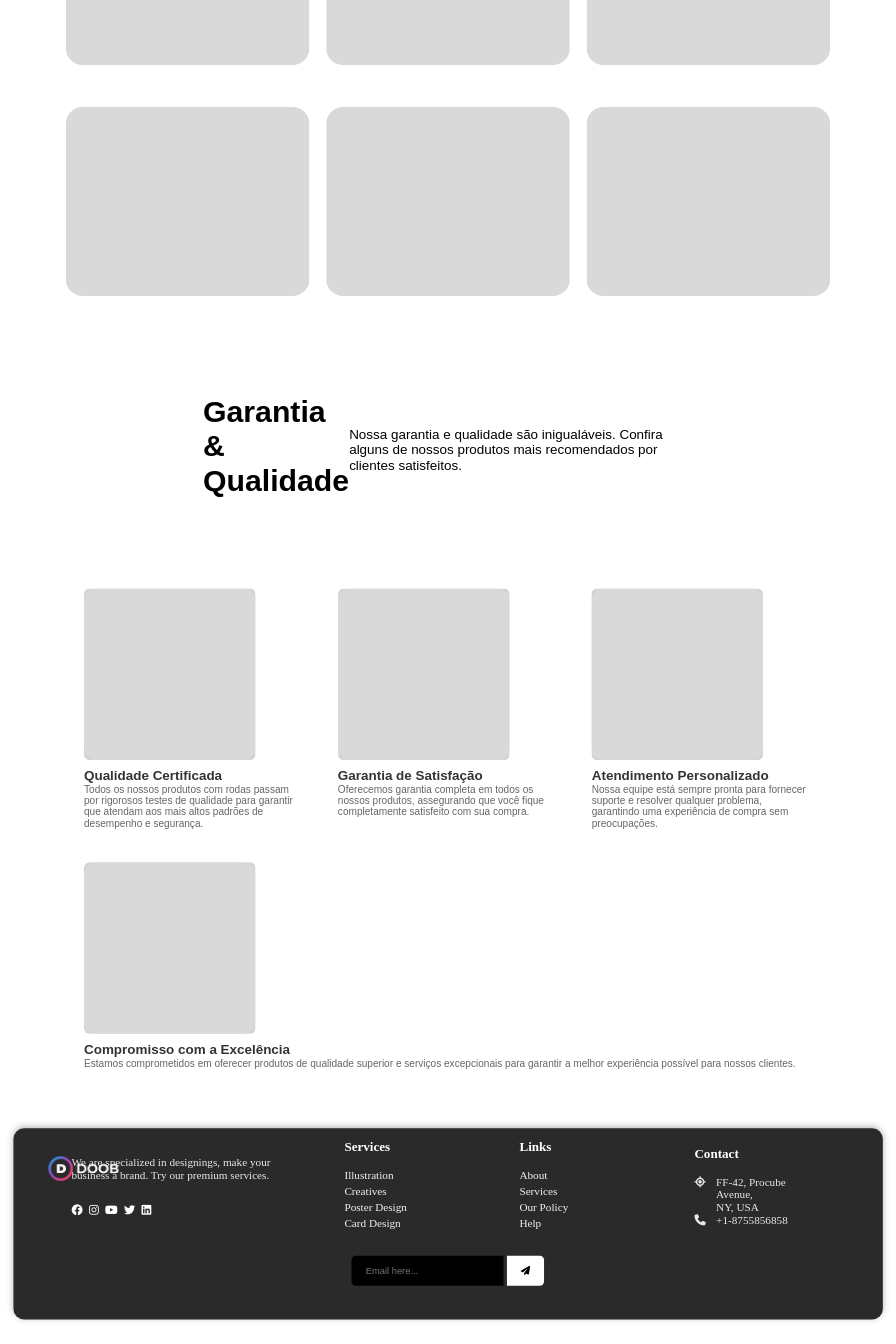
Repository: Matheus904-12/Reforma
Page: index.html
These files come from the project's save history. The page is drawn as it stood at one moment and after the next save; the edit follows.
The browser window is 1280 px wide. The pictures show the part of the page from y = 2297 to 4217 px (the page is 4217 px tall), at 70% of full size.
Some web libraries are served in a nearby version.

Above is the page before, as saved 2024-08-02 22:00:41.

After the next save:
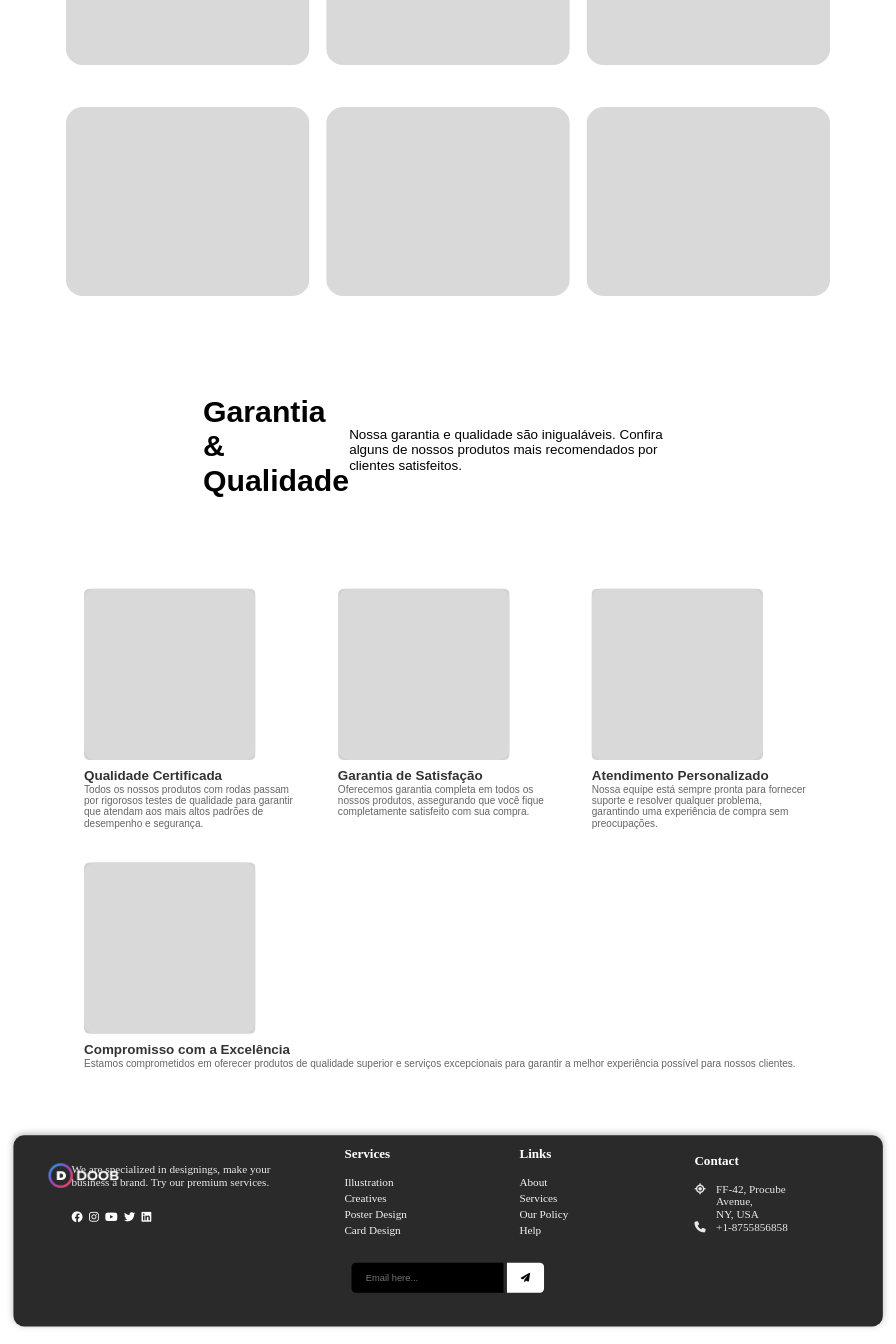
Saved 7 s later.
--- a/styles.css
+++ b/styles.css
@@ -567,7 +567,7 @@ body {
 footer {
   background-color: #2a2a2a;
   position: relative; /* Torna o footer fixo */
-  bottom: 35px; /* Adiciona uma margem do fundo da página */
+  bottom: 25px; /* Adiciona uma margem do fundo da página */
   left: 50%; /* Centraliza horizontalmente */
   transform: translateX(-50%); /* Centraliza horizontalmente */
   width: 97%; /* Ajusta a largura do footer */
